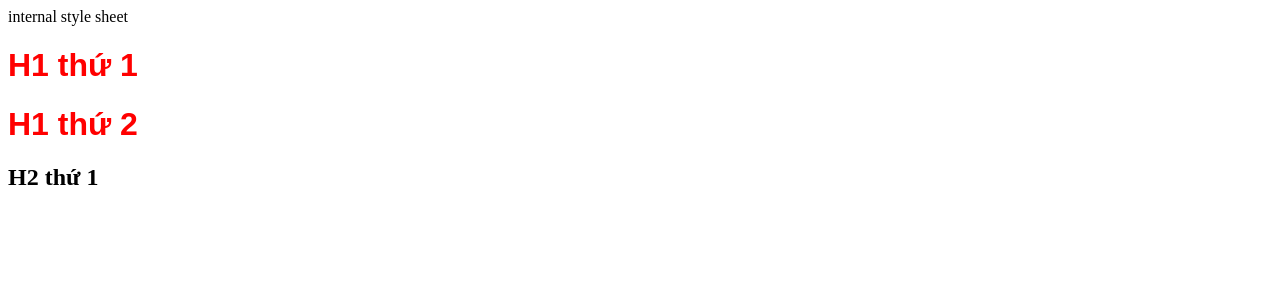
Repository: PhiKhongHoang/JSP-Servlet
Page: Bai3_CSS/src/main/webapp/vidu2.html
An editor plug-in stored every save of this project. The page is shown before and after the next save, followed by the edit.
The browser window is 1280 px wide. The pictures show the whole page.

Above is the page before, as saved 2024-02-16 12:16:53.

After the next save:
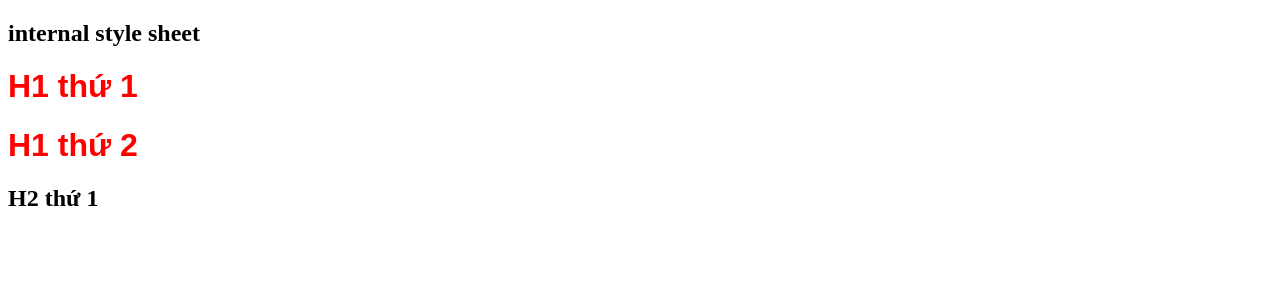
Saved 10 s later.
--- a/Bai3_CSS/src/main/webapp/vidu2.html
+++ b/Bai3_CSS/src/main/webapp/vidu2.html
@@ -12,7 +12,7 @@
 </head>
 <body>
 	<!-- internal style sheet -->
-	internal style sheet
+	<h2>internal style sheet</h2>
 	<h1>H1 thứ 1</h1>
 	<h1>H1 thứ 2</h1>
 	<h2>H2 thứ 1</h2>
